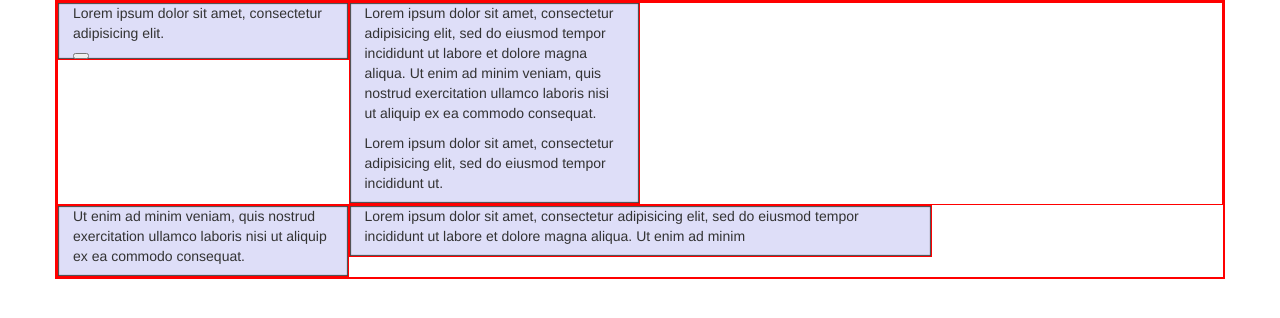
Repository: dushengwei/Bootstrap
Page: code/code/WebContent/one.html
The author's editor kept a copy of each file at every save. The page is drawn from the files as they stood at one save, then again after the next save.
The browser window is 1280 px wide. The pictures show the whole page.

Above is the page before, as saved 2017-02-15 09:31:47.

After the next save:
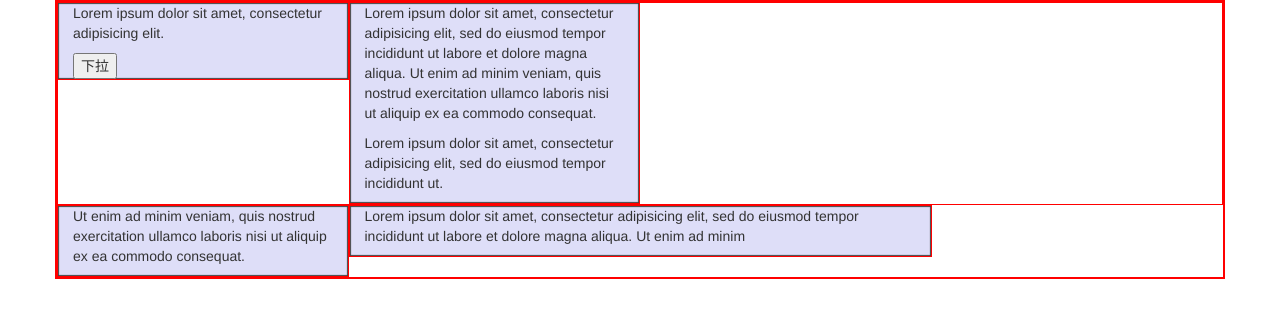
Saved 13 s later.
--- a/code/code/WebContent/one.html
+++ b/code/code/WebContent/one.html
@@ -29,7 +29,7 @@
 			<div class="col-xs-12 col-sm-3"
 				style="background-color: #dedef8; box-shadow: inset 1px -1px 1px #444, inset -1px 1px 1px #444;">
 				<p>Lorem ipsum dolor sit amet, consectetur adipisicing elit.</p>
-				<button> </button>
+				<button class="dropdown-toggle">下拉</button>
 				<ul class="hid dropdown-menu">
 					<li id="two">第二页</li>
 					<li id="three">第三页</li>
